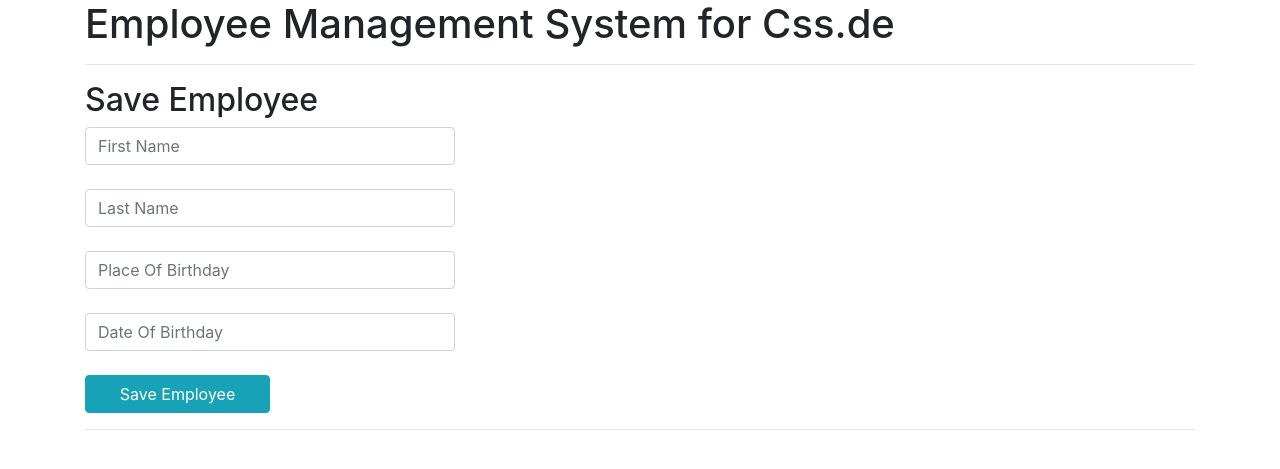
Repository: Len2/Topic4
Page: src/main/resources/templates/newIdCard.html
These files come from the project's save history. The page is drawn as it stood at one moment and after the next save; the edit follows.
The browser window is 1280 px wide. The pictures show the whole page.

Above is the page before, as saved 2020-09-06 17:34:41.

### src/main/resources/templates/newIdCard.html
<!DOCTYPE html>
<html lang="en" xmlns:th="http://www.thymeleaf.org">
<head>
<meta charset="ISO-8859-1">
<title>Employee Management System for Css.de</title>
<link rel="stylesheet"
	href="https://stackpath.bootstrapcdn.com/bootstrap/4.1.3/css/bootstrap.min.css"
	integrity="sha384-MCw98/SFnGE8fJT3GXwEOngsV7Zt27NXFoaoApmYm81iuXoPkFOJwJ8ERdknLPMO"
	crossorigin="anonymous">
</head>
<body>
	<div class="container">
		<h1>Employee Management System for Css.de</h1>
		<hr>
		<h2>Save Employee</h2>

		<form action="#" th:action="@{/saveIdCard}" th:object="${identity_card}"
            method="POST">

            <!-- <input type="text" th:field="*{id}" /> -->
			<input type="text" th:field="*{firstName}"
            placeholder="First Name" class="form-control mb-4 col-4">

            <input type="text" th:field="*{lastName}"
            placeholder="Last Name" class="form-control mb-4 col-4">

            <input type="text" th:field="*{placeOfBirthday}"
            placeholder="Place Of Birthday" class="form-control mb-4 col-4">

            <input type="text" th:field="*{dateOfBirthday}"
            placeholder="Date Of Birthday" class="form-control mb-4 col-4">

				<button type="submit" class="btn btn-info col-2"> Save Employee</button>
		</form>

		<hr>

		<!-- <a th:href = "@{/}"> Back to Employee List</a> -->
	</div>
</body>
</html>

After the next save:
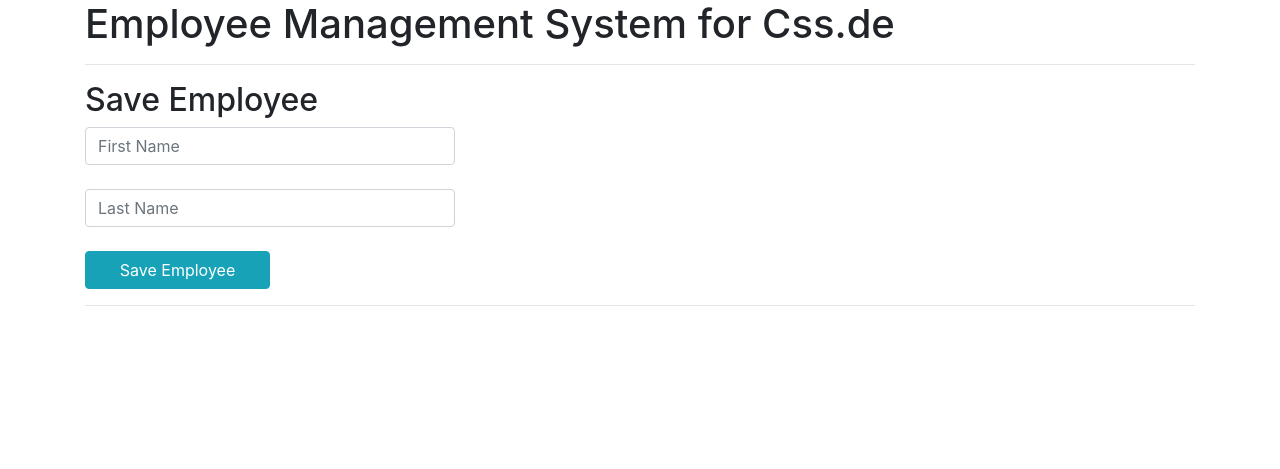
Saved 19 s later.
--- a/src/main/resources/templates/newIdCard.html
+++ b/src/main/resources/templates/newIdCard.html
@@ -24,11 +24,11 @@
             <input type="text" th:field="*{lastName}"
             placeholder="Last Name" class="form-control mb-4 col-4">
 
-            <input type="text" th:field="*{placeOfBirthday}"
+            <!-- <input type="text" th:field="*{placeOfBirthday}"
             placeholder="Place Of Birthday" class="form-control mb-4 col-4">
 
             <input type="text" th:field="*{dateOfBirthday}"
-            placeholder="Date Of Birthday" class="form-control mb-4 col-4">
+            placeholder="Date Of Birthday" class="form-control mb-4 col-4"> -->
 
 				<button type="submit" class="btn btn-info col-2"> Save Employee</button>
 		</form>

After the 3 saves that followed:
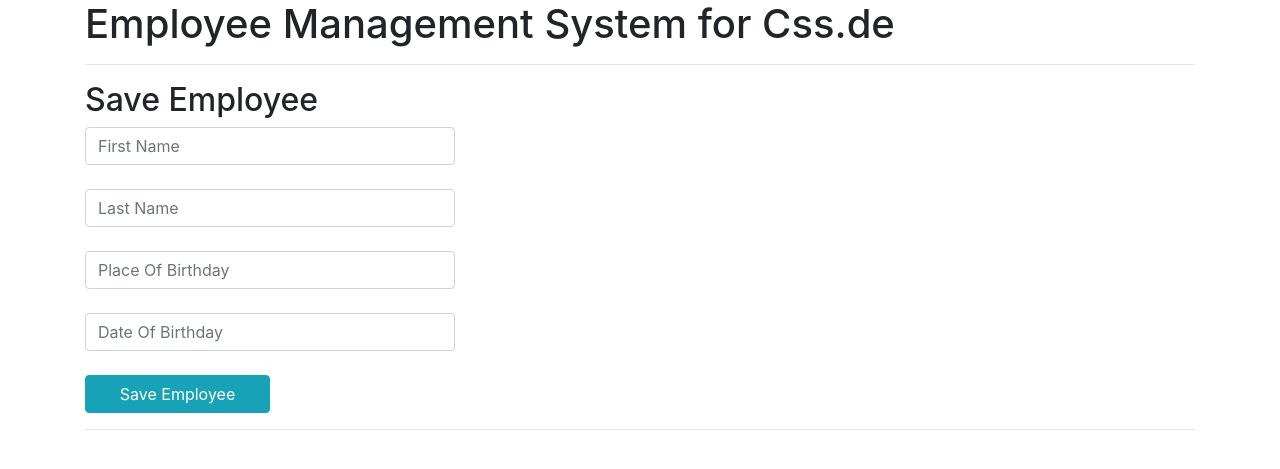
The 3 saves are shown as one change because 1 left the picture as it was and some came seconds apart.
The last was saved 44 s later.
--- a/src/main/resources/templates/newIdCard.html
+++ b/src/main/resources/templates/newIdCard.html
@@ -24,11 +24,11 @@
             <input type="text" th:field="*{lastName}"
             placeholder="Last Name" class="form-control mb-4 col-4">
 
-            <!-- <input type="text" th:field="*{placeOfBirthday}"
+            <input type="text" th:field="*{placeOfBirthday}"
             placeholder="Place Of Birthday" class="form-control mb-4 col-4">
 
             <input type="text" th:field="*{dateOfBirthday}"
-            placeholder="Date Of Birthday" class="form-control mb-4 col-4"> -->
+            placeholder="Date Of Birthday" class="form-control mb-4 col-4">
 
 				<button type="submit" class="btn btn-info col-2"> Save Employee</button>
 		</form>
